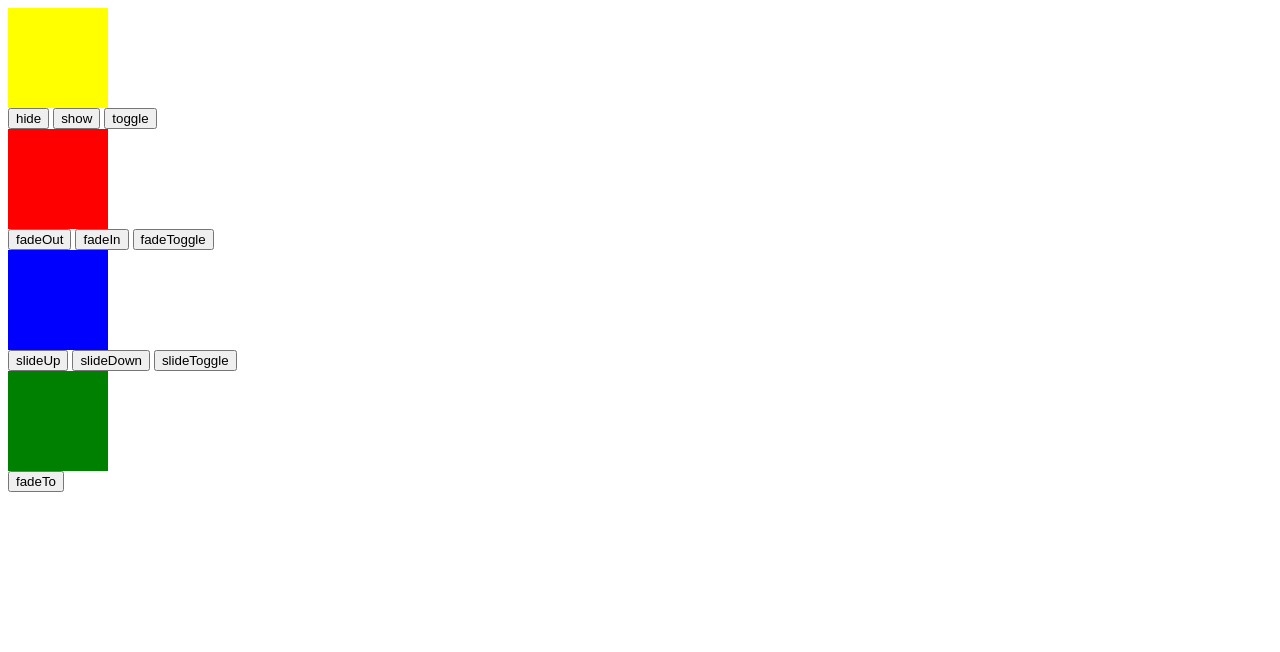
Repository: mjh1583/Hustar03_eGov
Page: http://localhost/JavaScript/js011.jsp
An editor plug-in stored every save of this project. The page is shown before and after the next save, followed by the edit.
The browser window is 1280 px wide. The pictures show the whole page.
The page is served by Tomcat 9.

Above is the page before, as saved 2021-05-07 01:25:01.

### workspace/JavaScript/src/main/webapp/js011.jsp
<%@ page language="java" contentType="text/html; charset=UTF-8"
    pageEncoding="UTF-8"%>
<!DOCTYPE html>
<html>
<head>
	<meta charset="UTF-8">
	<title>animation</title>
</head>
<body>
	<div>
		<div id="div1" style="width: 100px; height: 100px; background-color: yellow;"></div>
		<input type="button" id="btn1_1" value="hide"/>
		<input type="button" id="btn1_2" value="show"/>
		<input type="button" id="btn1_3" value="toggle"/>
	</div>

	<div>
		<div id="div2" style="width: 100px; height: 100px; background-color: red;"></div>
		<input type="button" id="btn2_1" value="fadeOut"/>
		<input type="button" id="btn2_2" value="fadeIn"/>
		<input type="button" id="btn2_3" value="fadeToggle"/>
	</div>

	<div>
		<div id="div3" style="width: 100px; height: 100px; background-color: blue;"></div>
		<input type="button" id="btn3_1" value="slideUp"/>
		<input type="button" id="btn3_2" value="slideDown"/>
		<input type="button" id="btn3_3" value="slideToggle"/>
	</div>

	<div>
		<div id="div4" style="width: 100px; height: 100px; background-color: green;"></div>
		<input type="button" id="btn4_1" value="fadeTo"/>
	</div>


	<script src="https://code.jquery.com/jquery-3.6.0.js"></script>
	<script type="text/javascript">
		$('#btn1_1').bind('click', function() {
			$('#div1').hide(1000); //1000 : 1초 만에 숨김
		});

		$('#btn1_2').bind('click', function() {
			$('#div1').show(2000);
		});

		$('#btn1_3').bind('click', function() {
			$('#div1').toggle(500);
		});

		/* fade--- : 서서히 사라지거나 나타남 */
		$('#btn2_1').bind('click', function() {
			$('#div2').fadeOut();
		});

		$('#btn2_2').bind('click', function() {
			$('#div2').fadeIn();
		});

		$('#btn2_3').bind('click', function() {
			$('#div2').fadeToggle();
		});

		/* slide--- : 미끄러지듯 사라지거나 나타남 */
		$('#btn3_1').bind('click', function() {
			$('#div3').slideUp();
		});

		$('#btn3_2').bind('click', function() {
			$('#div3').slideDown();
		});

		$('#btn3_3').bind('click', function() {
			$('#div3').slideToggle();
		});

		$('#btn4_1').bind('click', function() {
			$('#div4').fadeTo(1000, 0.5, function() { //time, opacity(투명도), function
				alert("완료되었습니다.");
			});
		});
	</script>
</body>
</html>

After the next save:
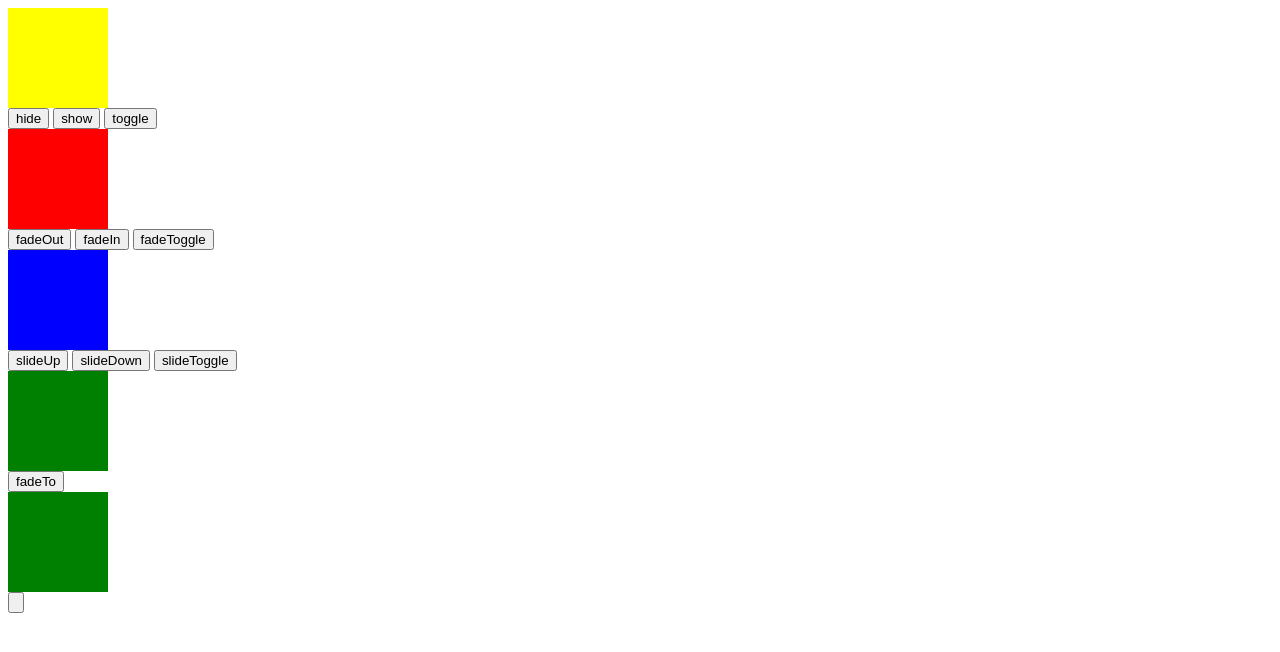
Saved 5 min 12 s later.
--- a/workspace/JavaScript/src/main/webapp/js011.jsp
+++ b/workspace/JavaScript/src/main/webapp/js011.jsp
@@ -31,6 +31,11 @@
 	<div>
 		<div id="div4" style="width: 100px; height: 100px; background-color: green;"></div>
 		<input type="button" id="btn4_1" value="fadeTo"/>
+	</div>
+
+	<div>
+		<div id="div5" style="width: 100px; height: 100px; background-color: green;"></div>
+		<input type="button" id="btn5_1" value=""/>
 	</div>
 
 
@@ -79,6 +84,22 @@
 				alert("완료되었습니다.");
 			});
 		});
+
+		$('#btn5_1').bind('click', function() {
+			fn_hide();
+		});
+
+		function fn_hide() {
+			$('#div5').fadeTo(500, 0, function() {
+				fn_show();
+			})
+		}
+
+		function fn_show() {
+			$('#div5').fadeTo(500, 1, function() {
+				fn_hide();
+			})
+		}
 	</script>
 </body>
 </html>
